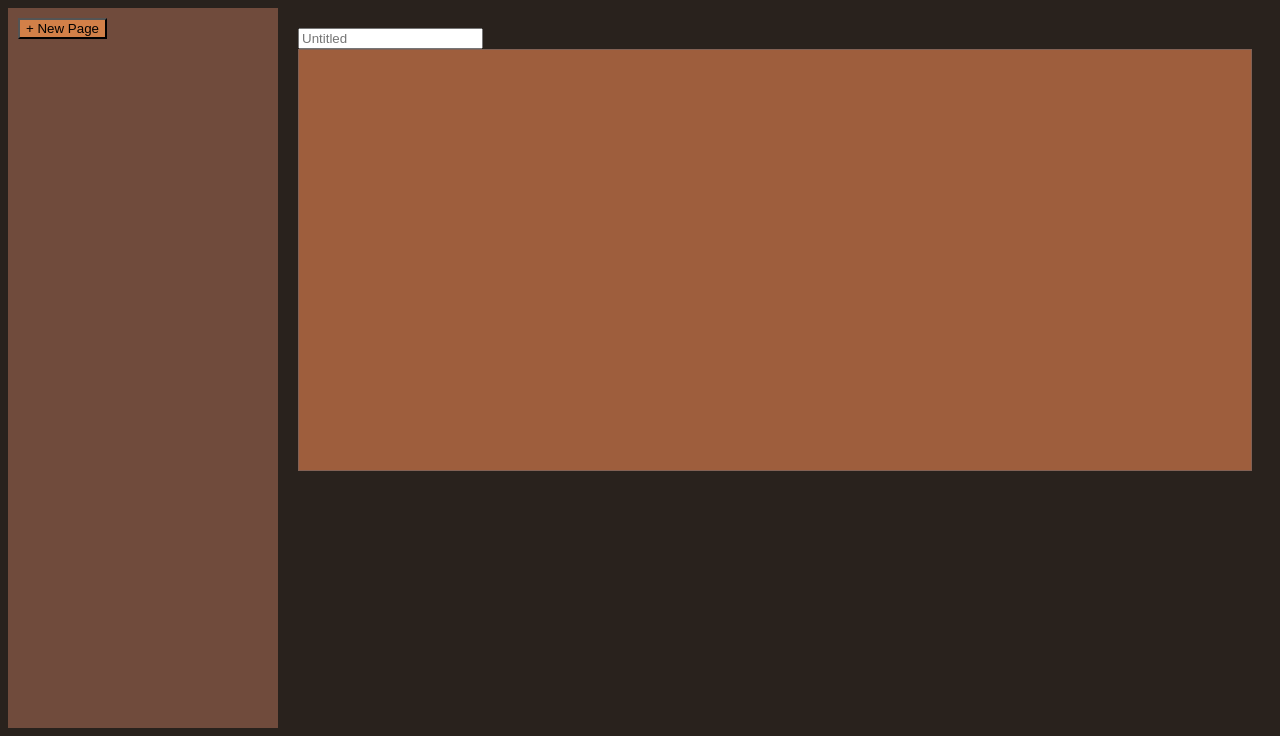
Repository: Dharshinimk-521/notes-app
Page: index.html
An editor plug-in stored every save of this project. The page is shown before and after the next save, followed by the edit.
The browser window is 1280 px wide. The pictures show the whole page.

Above is the page before, as saved 2026-04-18 19:58:45.

After the next save:
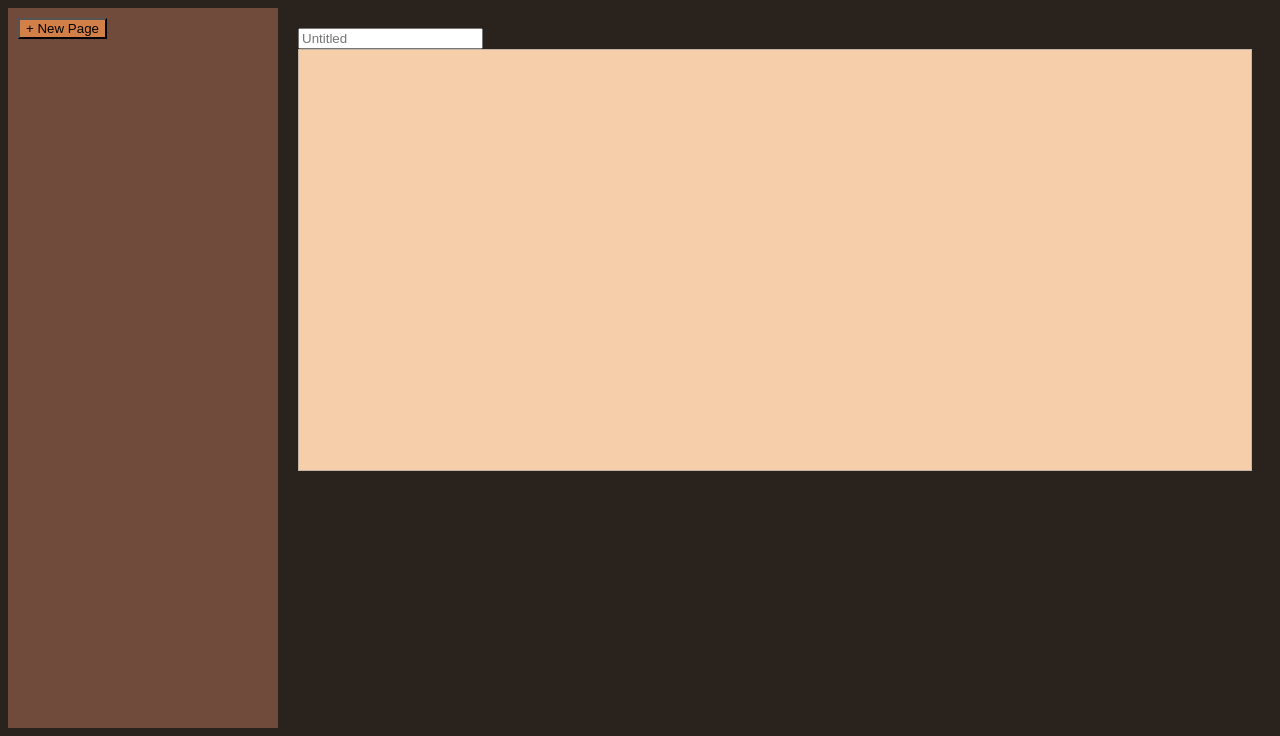
Saved 23 s later.
--- a/style.css
+++ b/style.css
@@ -21,7 +21,7 @@ body{
 
 #editorArea {
   min-height: 400px;
-  background-color: #9E5E3D;
+  background-color: #F6CEA9;
   border: 1px solid #2a6c9e3e;
   padding: 10px;
 }
